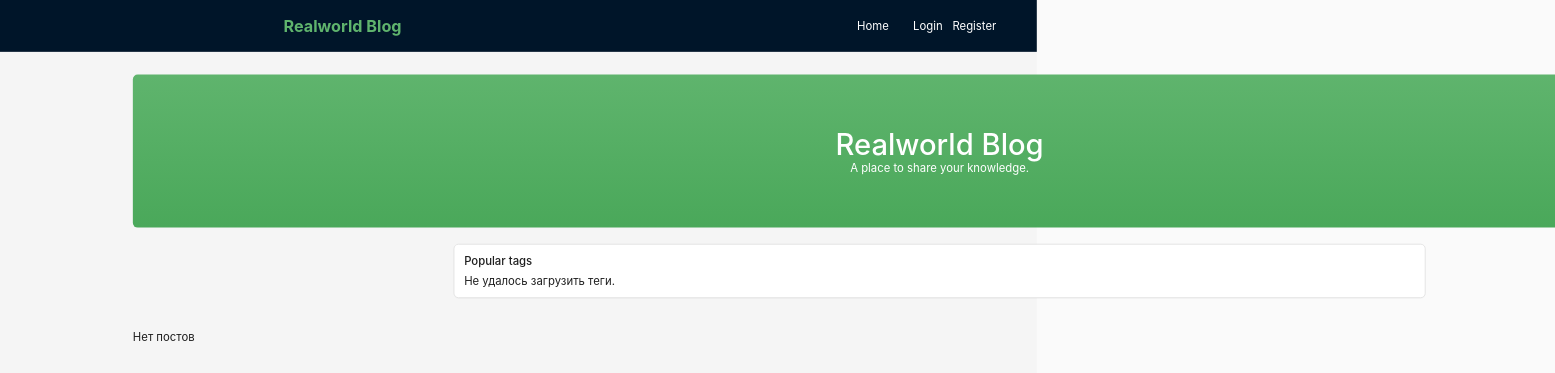
Repository: Rafged/S1mple-blog
Page: / (app in S1mple-blog-main/)
The author's editor kept a copy of each file at every save. The page is drawn from the files as they stood at one save, then again after a run of saves.
The browser window is 1280 px wide. The page is 2160 px wide, then 1660 px, so the pictures cover 1920 px, including what lies to the right of the window. The pictures show the whole page, at 81% of full size.
The page's requests for data from a server got no answer. The project was rebuilt for these pictures with package versions that can differ from the ones it lists, and the page was loaded fresh each time. No one was signed in, and anything a server would have sent is missing. Also part of the build but not shown: S1mple-blog-main/vite.config.js, S1mple-blog-main/src/pages/Login.jsx, S1mple-blog-main/src/pages/Register.jsx, S1mple-blog-main/src/pages/NewPost.jsx, S1mple-blog-main/src/pages/Settings.jsx, S1mple-blog-main/src/pages/Article.jsx, S1mple-blog-main/src/pages/Profile.css, S1mple-blog-main/src/pages/Profile.jsx.

Above is the page before, as saved 2025-10-06 14:48:14.

After the next 2 saves:
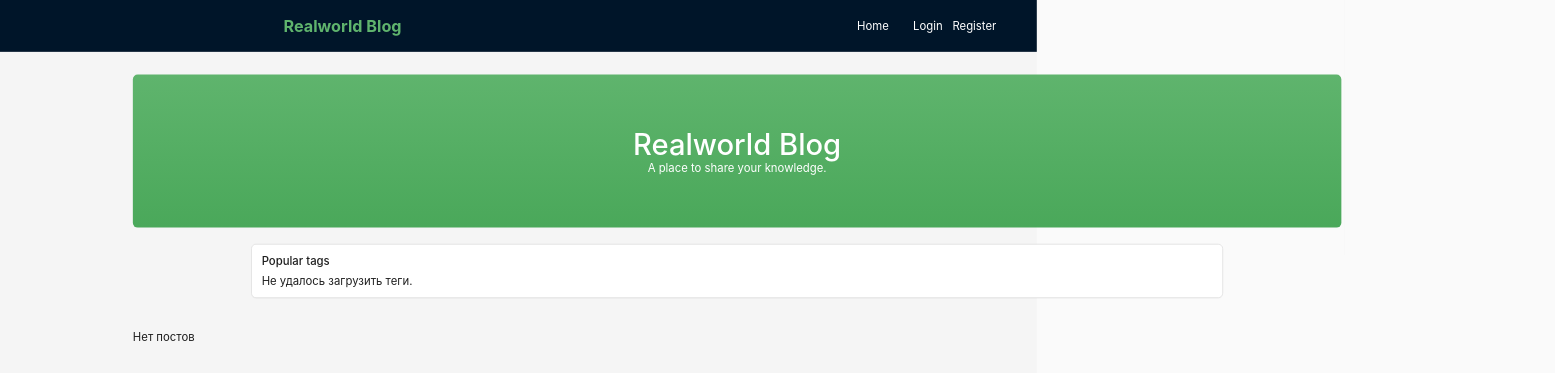
The 2 saves are shown as one change because they came seconds apart.
The last was saved 8 s later.
--- a/S1mple-blog-main/src/styles.css
+++ b/S1mple-blog-main/src/styles.css
@@ -1,6 +1,6 @@
 :root{ --green: #55b36b }
 body{ font-family: Inter, "Open Sans", Arial, sans-serif; margin:0; background:#fafafa; color:#222 }
-.container{ width:2000px; margin:0 auto; padding:4px }
+.container{ width:1500px; margin:0 auto; padding:4px }
 .brand{ color:var(--green); font-weight:700; font-size:20px; margin-right:12px }
 .banner{ background:linear-gradient(180deg,#5fb46d,#4aa85a); color:#fff; padding:66px; border-radius:6px; margin-bottom:20px }
 .meta{ color:#777; margin-top:6px }
